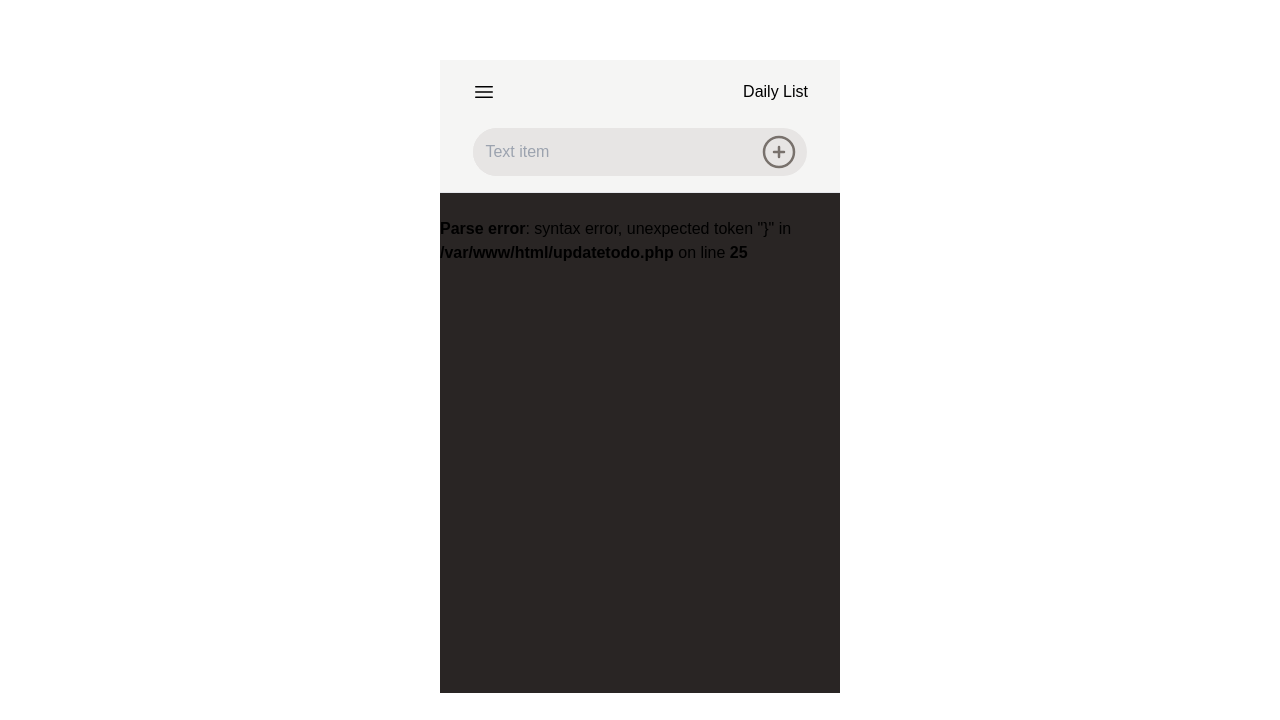
Repository: hsumyatm7308/TodolistbyPHP
Page: http://localhost/
An editor plug-in stored every save of this project. The page is shown before and after the next save, followed by the edit.
The browser window is 1280 px wide. The pictures show the whole page.
Some web libraries are served in a nearby version. The page is run by PHP 8.4 with error messages shown; the project is at /var/www/html/. Queries for data that is not in the repository find no rows.

Above is the page before, as saved 2023-07-09 22:45:06.

### index.php
<!DOCTYPE html>
<html lang="en">

<head>
    <meta charset="UTF-8">
    <meta name="viewport" content="width=device-width, initial-scale=1.0">
    <title>To Do List</title>
    <link rel="stylesheet" href="https://cdnjs.cloudflare.com/ajax/libs/font-awesome/6.4.0/css/all.min.css">
    <script src="https://cdn.tailwindcss.com"></script>

    <style>
        * {
            font-family: sans-serif;
        }

        .scrollbar-hide::-webkit-scrollbar{
            display: none;
        }

    </style>

</head>

<body>
    <div class="w-screen h-screen container flex justify-center items-center">
        <div class="w-[400px] h-[600px] bg-stone-100">
            <!-- header nav  -->
            <div class="w-full h-14 flex justify-between items-center p-8">
                <div>
                    <svg xmlns="http://www.w3.org/2000/svg" fill="none" viewBox="0 0 24 24" stroke-width="1.5"
                        stroke="currentColor" class="w-6 h-6">
                        <path stroke-linecap="round" stroke-linejoin="round"
                            d="M3.75 6.75h16.5M3.75 12h16.5m-16.5 5.25h16.5" />
                    </svg>

                </div>
                <div>
                    <h4> Daily List</h4>
                </div>
            </div>

            <?php

            include("create.php");

            ?>

            <div class="w-full h-[500px] bg-stone-800 overflow-y-scroll scrollbar-hide">

                <?php

                include("updatetodo.php");
                include("complete.php");

                ?>
            </div>







        </div>
    </div>
</body>

</html>

### create.php
<?php
session_start();
ini_set('display_errors', 1);

require_once("database.php");

if ($_SERVER['REQUEST_METHOD'] === 'POST') {
    global $conn;

    $getdata = $_POST['textbox'];


    try {
        $stmt = $conn->prepare("INSERT INTO todolist (task) VALUES ( :task)");


        $task = $getdata;


        $stmt->bindParam(':task', $task);

        $stmt->execute();
    } catch (Exception $e) {
        echo "Error Found: " . $e->getMessage();
    }
}


?>





<!-- to do form  -->
<form action="" method="post" enctype="multipart/form-data">


    <div class="w-full h-auto flex justify-center items-center p-1">
        <div class="w-[85%] h-auto bg-stone-200 flex justify-between items-center rounded-3xl">
            <input type="text" name="textbox"
                class="w-[85%] bg-stone-200 rounded-tl-3xl rounded-bl-3xl p-3 focus:outline-none"
                placeholder="Text item">

            <button type="submit" name="submit" class="">
                <svg xmlns="http://www.w3.org/2000/svg" fill="none" viewBox="0 0 24 24" stroke-width="1.5"
                    stroke="currentColor" class="w-10 h-10 mr-2 text-stone-500 hover:text-stone-600">
                    <path stroke-linecap="round" stroke-linejoin="round"
                        d="M12 9v6m3-3H9m12 0a9 9 0 11-18 0 9 9 0 0118 0z" />
                </svg>
            </button>
        </div>

    </div>
    <hr class="mt-3">
</form>

### database.php
<?php

$dbhost = 'localhost';
$dbuser = 'root';
$dbpass = '';
$dbname = 'hmmdb';


try{

    $conn = new PDO("mysql:host=$dbhost;dbname=$dbname", $dbuser, $dbpass);
    $conn->setAttribute(PDO::ATTR_ERRMODE, PDO::ERRMODE_EXCEPTION);

    // echo "Connection successful";


}catch(Exception $e){
    "Error Found:".$e->getMessage();
}




?>

### updatetodo.php
<?php

// session_start();
ini_set('display_errors', 1);

require_once("database.php");
require_once("create.php");

try {

    global $conn;

    $stmt = $conn->prepare("SELECT id,task FROM todolist");
    $stmt->execute();



} catch (Exception $e) {
    "Found Error : " . $e->getMessage();
}


if($_SERVER["REQUEST_METHOD"]==="POST"){
    if(isset($_POST['check']))
}


?>








<!-- update to do  -->
<form action="" method="post" class="mt-3" enctype="multipart/form-data">
    <h3 class="text-gray-400 ml-7 mb-1">To do</h3>


    <?php while ($row = $stmt->fetch()): ?>

        <div name="taskitems" class="w-full h-auto flex justify-center items-center p-1">


            <div class="w-[85%] h-auto bg-stone-200 flex justify-between items-center p-3">
                <span>
                    <i class="fa-regular fa-circle-check"></i>
                    <span class="ml-1">
                        <?php echo $row['task'] ?>
                    </span>
                </span>

                <div type="submit" name="check">
                    <svg xmlns="http://www.w3.org/2000/svg" fill="none" viewBox="0 0 24 24" stroke-width="1.5"
                        stroke="currentColor" class="w-6 h-6">
                        <path stroke-linecap="round" stroke-linejoin="round"
                            d="M16.862 4.487l1.687-1.688a1.875 1.875 0 112.652 2.652L10.582 16.07a4.5 4.5 0 01-1.897 1.13L6 18l.8-2.685a4.5 4.5 0 011.13-1.897l8.932-8.931zm0 0L19.5 7.125M18 14v4.75A2.25 2.25 0 0115.75 21H5.25A2.25 2.25 0 013 18.75V8.25A2.25 2.25 0 015.25 6H10" />
                    </svg>
                </div>
            </div>



        </div>

    <?php endwhile; ?>







</form>

### complete.php
<?php

// session_start();
// ini_set('display_errors', 1);

// require_once("database.php");
// require_once("updatetodo.php");




?>




<!-- complete work -->
<form action="" method="post" class="mt-3" enctype="multipart/form-data">
    <h3 class="text-gray-400 ml-7 mb-1">Complete</h3>

    <div class="w-full h-auto flex justify-center items-center p-1">


        <div class="w-[85%] h-auto bg-stone-200 flex justify-between items-center p-3">

            <span>
                <i class="fa-solid fa-circle-check text-green-600"></i>
                <span class="ml-1">to do homework</span>
            </span>

            <div>
                <svg xmlns="http://www.w3.org/2000/svg" fill="none" viewBox="0 0 24 24" stroke-width="1.5"
                    stroke="currentColor" class="w-6 h-6">
                    <path stroke-linecap="round" stroke-linejoin="round"
                        d="M14.74 9l-.346 9m-4.788 0L9.26 9m9.968-3.21c.342.052.682.107 1.022.166m-1.022-.165L18.16 19.673a2.25 2.25 0 01-2.244 2.077H8.084a2.25 2.25 0 01-2.244-2.077L4.772 5.79m14.456 0a48.108 48.108 0 00-3.478-.397m-12 .562c.34-.059.68-.114 1.022-.165m0 0a48.11 48.11 0 013.478-.397m7.5 0v-.916c0-1.18-.91-2.164-2.09-2.201a51.964 51.964 0 00-3.32 0c-1.18.037-2.09 1.022-2.09 2.201v.916m7.5 0a48.667 48.667 0 00-7.5 0" />
                </svg>

            </div>

        </div>



    </div>

    <!-- <div class="w-full h-auto flex justify-center items-center p-1">

        <div class="w-[85%] h-auto bg-stone-200 flex justify-between items-center p-3">

            <span>
                <i class="fa-solid fa-circle-check text-green-600"></i>
                <span class="ml-1">to do homework</span>
            </span>

            <div>
                <svg xmlns="http://www.w3.org/2000/svg" fill="none" viewBox="0 0 24 24" stroke-width="1.5"
                    stroke="currentColor" class="w-6 h-6">
                    <path stroke-linecap="round" stroke-linejoin="round"
                        d="M14.74 9l-.346 9m-4.788 0L9.26 9m9.968-3.21c.342.052.682.107 1.022.166m-1.022-.165L18.16 19.673a2.25 2.25 0 01-2.244 2.077H8.084a2.25 2.25 0 01-2.244-2.077L4.772 5.79m14.456 0a48.108 48.108 0 00-3.478-.397m-12 .562c.34-.059.68-.114 1.022-.165m0 0a48.11 48.11 0 013.478-.397m7.5 0v-.916c0-1.18-.91-2.164-2.09-2.201a51.964 51.964 0 00-3.32 0c-1.18.037-2.09 1.022-2.09 2.201v.916m7.5 0a48.667 48.667 0 00-7.5 0" />
                </svg>


            </div>

        </div> -->



    </div>
</form>

After the next save:
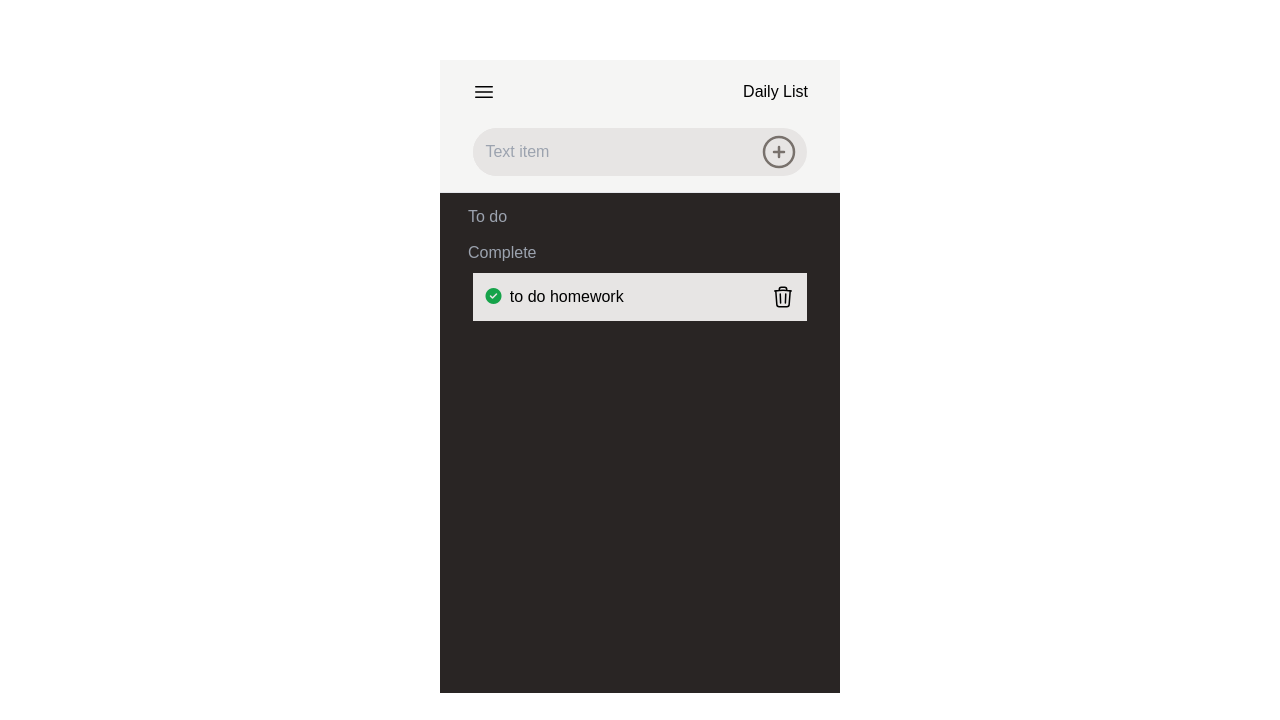
Saved 8 s later.
--- a/updatetodo.php
+++ b/updatetodo.php
@@ -21,7 +21,9 @@ try {
 
 
 if($_SERVER["REQUEST_METHOD"]==="POST"){
-    if(isset($_POST['check']))
+    if(isset($_POST['check'])){
+
+    }
 }
 
 
